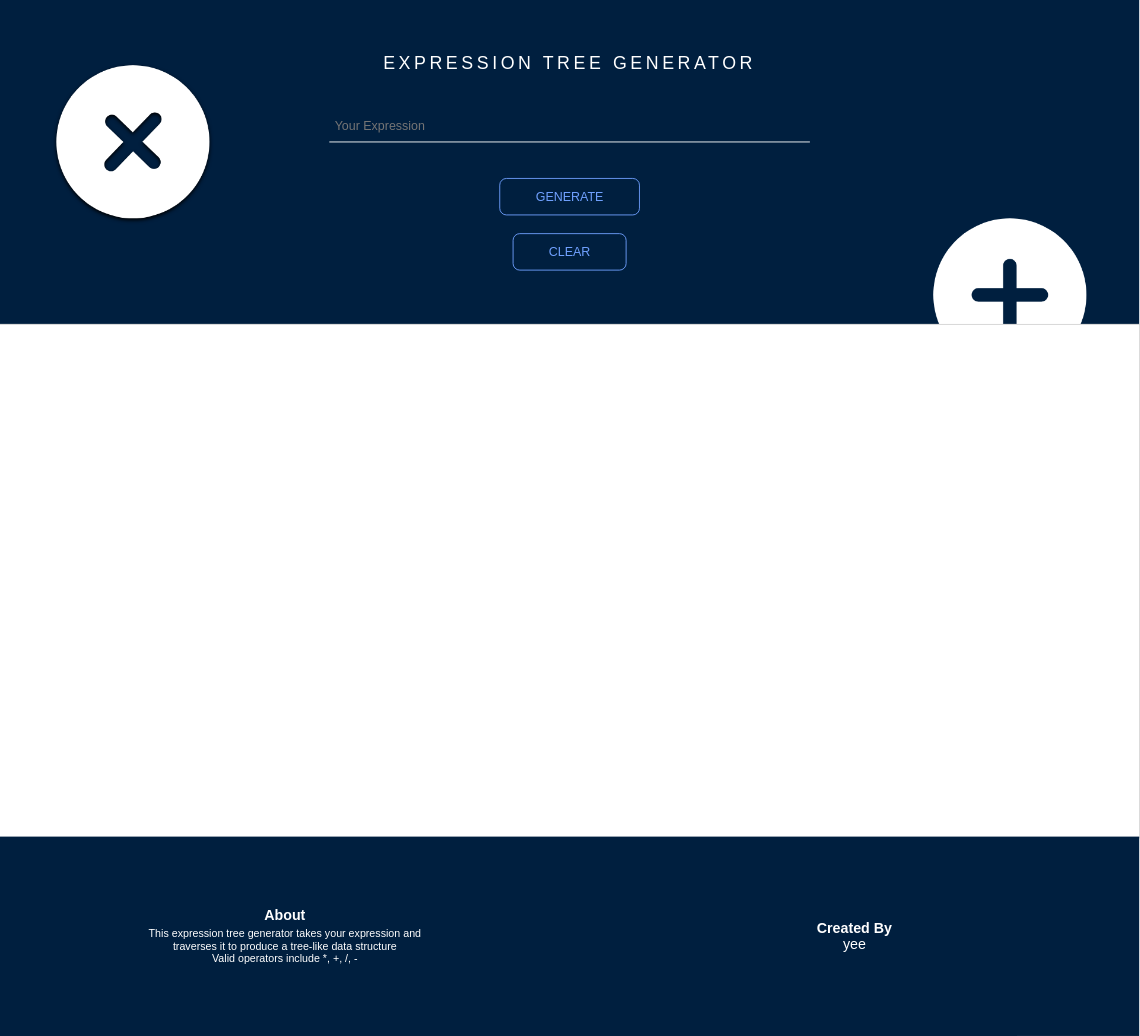
Repository: lnogueir/expression-tree-gen
Page: index.html
These files come from the project's save history. The page is drawn as it stood at one moment and after the next save; the edit follows.
The browser window is 1280 px wide. The page is 1281 px wide, so the pictures cover 1281 px, including what lies to the right of the window. The pictures show the whole page, at 89% of full size.

Above is the page before, as saved 2020-03-15 20:09:48.

### index.html
<!DOCTYPE html>
<html lang="en">

<head>
    <meta charset="UTF-8">
    <meta name="viewport" content="width=device-width, initial-scale=1.0">
    <title>Canvas</title>
    <link rel="stylesheet" href="app.css">
</head>

<body>

    <div class="contact-section">
        <div class="inner-width">
          <h1>Expression Tree Generator</h1>
          <input type="text" class="name" id = 'expression-input' placeholder="Your Expression">

          <div class="buttons">
          <button id="generate-tree">Generate</button>
          <a href="index.html"><button id="generate-tree">Clear</button></a>
        </div>

        </div>
      </div>

    <div id="canvas-container">
        <canvas></canvas>
    </div>

    <div class="ending-section">
        <div class="end-row">
        <div class="end-1">
            <div class="end-1-text">
            <h4>About</h4>
            <p>This expression tree generator takes your expression and traverses it to produce a
                tree-like data structure
                <br>
                Valid operators include *, +, /, -
            </p>
        </div>
        </div>
       <div class="end-2">
        <h4>Created By</h4>
        <p>yee</p>
           </div>
    </div>

</body>
<script src="https://ajax.googleapis.com/ajax/libs/jquery/3.4.1/jquery.min.js"></script>
<script src="https://cdnjs.cloudflare.com/ajax/libs/mathjs/6.6.1/math.min.js"></script>
<script src="tree.js"></script>
<script src="infixToPostfix.js"></script>
<script src="canvas.js"></script>

</html>

### app.css
*{
    margin: 0;
    padding: 0;
    box-sizing: border-box;
    font-family: "montserrat",sans-serif;
  }
  .contact-section{
    background: url(./maths1.png);
    background-size: cover;
    padding: 60px 0 40px 0;
    text-align: center;
  }

  .inner-width{
    max-width: 600px;
    margin: auto;
    padding: 0 20px;
  }

  .contact-section h1{
    font-size: 20px;
    color: #FFF;
    margin-bottom: 40px;
    text-transform: uppercase;
    letter-spacing: 4px;
    font-weight: 400;
  }

  .name,.email,.message{
    background: none;
    border:none;
    outline: none;
    border-bottom: 1px solid;
    color: #FFF;
    padding: 10px 6px;
    font-size: 14px;
    margin-bottom: 40px;
  }

  .name{
    float: center;
    width: 540px;
  }

  .buttons{
      display: flex;
      flex-direction: column;
      justify-content: center;
      align-items: center;
  }

  .contact-section button{
      margin-bottom: 20px;
      outline: none;
    background: none;
    color: #70a1ff;
    border: 1px solid #70a1ff;
    padding: 12px 40px;
    border-radius: 8px;
    text-transform: uppercase;
    font-size: 14px;
    transition: 0.4s linear;
    cursor: pointer;
  }

  .contact-section button:hover{
    background: #70a1ff;
    color: #fff;
  }

  .ending-section{
      z-index: 10;
      bottom: 0;
      position: relative;
    background: #001f3f;
    padding: 80px 0;
    text-align: center;
  }

  .end-row{
      display: flex;
      flex-direction: row;
      align-items: center;
      justify-content: space-between;
      margin: auto;
      color: white;
  }

  .end-1-text{
      display: flex;
      flex-direction: column;
      justify-content: center;
      align-items: center;
  }

  .end-1-text h4{
    padding: 0 0 .25rem 0;
  }

  .end-1-text p{
      font-size: 12px;
    width: 50%;
  }

  .end-1{
      flex: 1;
  }

  .end-2{
      flex: 1;
  }

  @media screen and (max-width:700px){
    .contact-section{
        background: #001f3f;
    }
  }


  @media screen and (max-width:600px){
    .name,.email{
      width: 100%;
    }
  }

#canvas-container{
    outline: none;
    border: none;
    display: flex;
    flex-direction: column;
    align-items: center;
    margin: auto;
    height: 80vh;
    width: 100vw;
    max-width: 100vw;
    background: #FFF;
}

canvas{
    border: 1px solid lightgray;
}

### tree.js
function Node(value) {
    const radius = 32.5
    this.value = value;
    this.x = null;
    this.y = null;
    this.right = null;
    this.left = null;

    this.isLeaf = () => this.right == null && this.left == null;

    this.drawEdge = function (context, x, y, left_way) {
        context.strokeStyle = 'black';
        context.beginPath()
        const x_y_ratio = Math.abs(this.y - y) / Math.abs(this.x - x)
        const w = radius * Math.sqrt(1 / (1 + Math.pow(x_y_ratio, 2)))
        const d = x_y_ratio * w
        if (left_way) {
            context.moveTo(this.x - w, this.y + d)
            context.lineTo(x + w, y - d)
        } else {
            context.moveTo(this.x + w, this.y + d)
            context.lineTo(x - w, y - d)
        }

        context.stroke()
    }

    this.draw = function (context) {
        context.beginPath()
        context.arc(this.x, this.y, radius, 0, Math.PI * 2, false)
        context.fillStyle = 'rgba(255, 255, 255, 0.5)'
        context.fill()
        context.strokeStyle = 'black'
        context.stroke()
        context.font = '25px Times New Roman'
        context.textAlign = 'center'
        context.textBaseline = 'middle'
        context.fillStyle = "black";
        context.fillText(this.value, this.x, this.y);
    }
}

function constructTree(postfix) {
    const OPERATORS = ['*', '/', '-', '+']
    var stack = []
    var root = null;
    var current;
    var shift = false;
    for (var i = postfix.length - 1; i >= 0; i--) {
        if (null === root) {
            current = new Node(postfix[i]);
            root = current;
        } else {
            if (shift) {
                current.left = new Node(postfix[i])
                current = current.left
                shift = false
            } else {
                current.right = new Node(postfix[i])
                current = current.right
            }
        }
        if (OPERATORS.includes(postfix[i])) {
            stack.push(current);
        } else {
            current = stack.pop();
            shift = true
        }
    }
    return root;
}

function getSize(root) {
    var size = 0
    function countSize(root) {
        if (null != root) {
            size++;
            countSize(root.left)
            countSize(root.right)
        }
    }
    countSize(root);
    return size;
}

function print_coords(root) {
    if (null != root) {
        print_coords(root.left)
        console.log(root.value, root.x, root.y)
        print_coords(root.right)
    }
}

function setCoordinates(root) {
    var i = 0
    const OFFSET = 50
    const size = getSize(root)
    const canvas_mid_point = window.innerWidth / 2;
    function setCoordinates(subt, depth) {
        if (null != subt) {
            setCoordinates(subt.left, depth + 1)
            subt.x = canvas_mid_point + (OFFSET * (i - size / 2))
            subt.y = OFFSET + (depth * 1.5 * OFFSET)
            i++
            setCoordinates(subt.right, depth + 1)
        }
    }
    setCoordinates(root, 0)
}

function drawTree(root, context) {
    if (null != root) {
        root.draw(context)
        if (null != root.left) {
            root.drawEdge(context, root.left.x, root.left.y, true);
        }
        drawTree(root.left, context)
        if (null != root.right) {
            root.drawEdge(context, root.right.x, root.right.y, false)
        }
        drawTree(root.right, context)
    }
}

### infixToPostfix.js
function isBracketed(expr) {
  var stack = []
  for (var i = 0; i < expr.length; i++) {
    if ('(' === expr[i]) {
      stack.push('(')
    } else if (')' === expr[i]) {
      stack.pop()
      if (stack.length === 0) {
        if (i !== expr.length - 1) {
          return false
        } else {
          return true
        }
      }
    }
  }
  return false;
}

function isValidExpression(expr) {
  if (expr.length < 3) {
    return false;
  }
  for (var i = 0; i < expr.length; i++) {
    if ('abcdefghijklmnopqrstuvwxyz*()/+-'.indexOf(expr[i]) === -1) {
      return false;
    }
  }
  try {
    while ("(" === expr[0] && ")" === expr[expr.length - 1]) {
      if (isBracketed(expr)) {
        expr = expr.substring(1, expr.length - 1);
      } else break;
    }
    var res = math.parse(expr);
    if ((typeof res.implicit === 'undefined') || res.fn.indexOf('unary') !== -1) {
      return false;
    }
    return true;
  }
  catch (ex) {
    return false;
  }
}

function infixToPostfix(expression) {
  if (!isValidExpression(expression)) {
    return null;
  }
  const prec = { "*": 3, "/": 3, "-": 2, "+": 2, "(": 1 }
  op_stack = []
  postfixList = []
  tokens = expression.split('')
  for (const token of tokens) {
    if ("abcdefghijklmnopqrstuvwxyz".indexOf(token) !== -1) {
      postfixList.push(token)
    } else if ("(" === token) {
      op_stack.push(token)
    } else if (")" === token) {
      var top_op_token = op_stack.pop()
      while (top_op_token !== '(') {
        postfixList.push(top_op_token)
        top_op_token = op_stack.pop()
      }
    } else {
      var peek_elem = op_stack.slice(-1)[0];
      while (op_stack.length > 0 && (prec[peek_elem] >= prec[token])) {
        postfixList.push(op_stack.pop())
        peek_elem = op_stack.slice(-1)[0];
      }
      op_stack.push(token)
    }
  }
  while (op_stack.length > 0) {
    postfixList.push(op_stack.pop())
  }
  return postfixList
}

### canvas.js
var canvas = document.querySelector('canvas')

canvas.height = document.getElementById('canvas-container').offsetHeight;
canvas.width = document.getElementById('canvas-container').offsetWidth;

var c = canvas.getContext('2d')

$('#generate-tree').click(() => {
    var expression = $('#expression-input').val()
    if (typeof expression !== 'undefined' && null != expression) {
        expression = expression.replace(/\s+/g, '')
        expression = expression.toLowerCase()
        var postfix = infixToPostfix(expression);
        if (null !== postfix) {
            var root = constructTree(postfix)
            setCoordinates(root)
            c.clearRect(0, 0, canvas.width, canvas.height);
            drawTree(root, c)
        } else {
            alert('Enter valid expression')
        }

    } else {
        alert('Enter valid expression')
    }
})

After the next save:
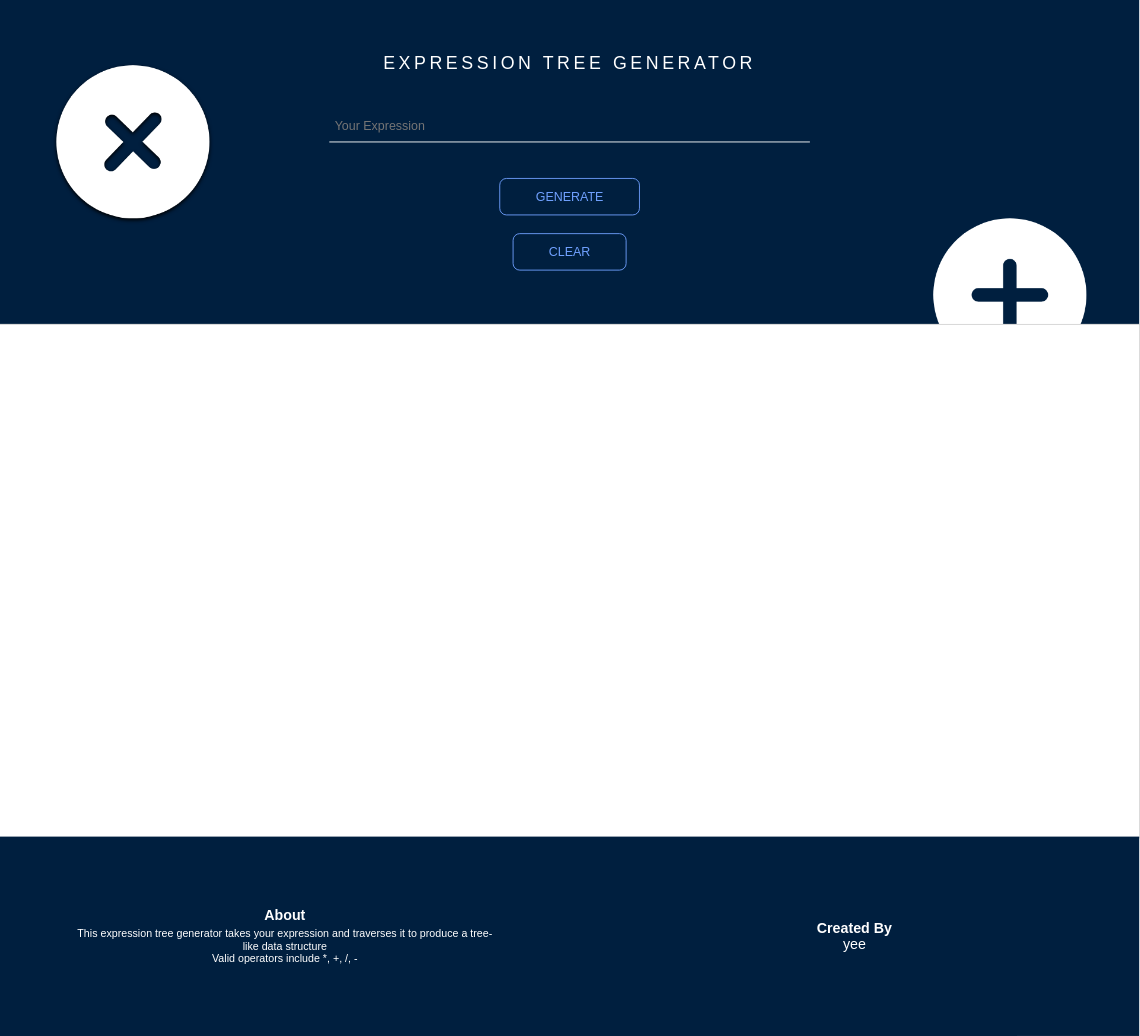
Saved 10 s later.
--- a/app.css
+++ b/app.css
@@ -99,7 +99,7 @@
 
   .end-1-text p{
       font-size: 12px;
-    width: 50%;
+    width: 75%;
   }
 
   .end-1{
